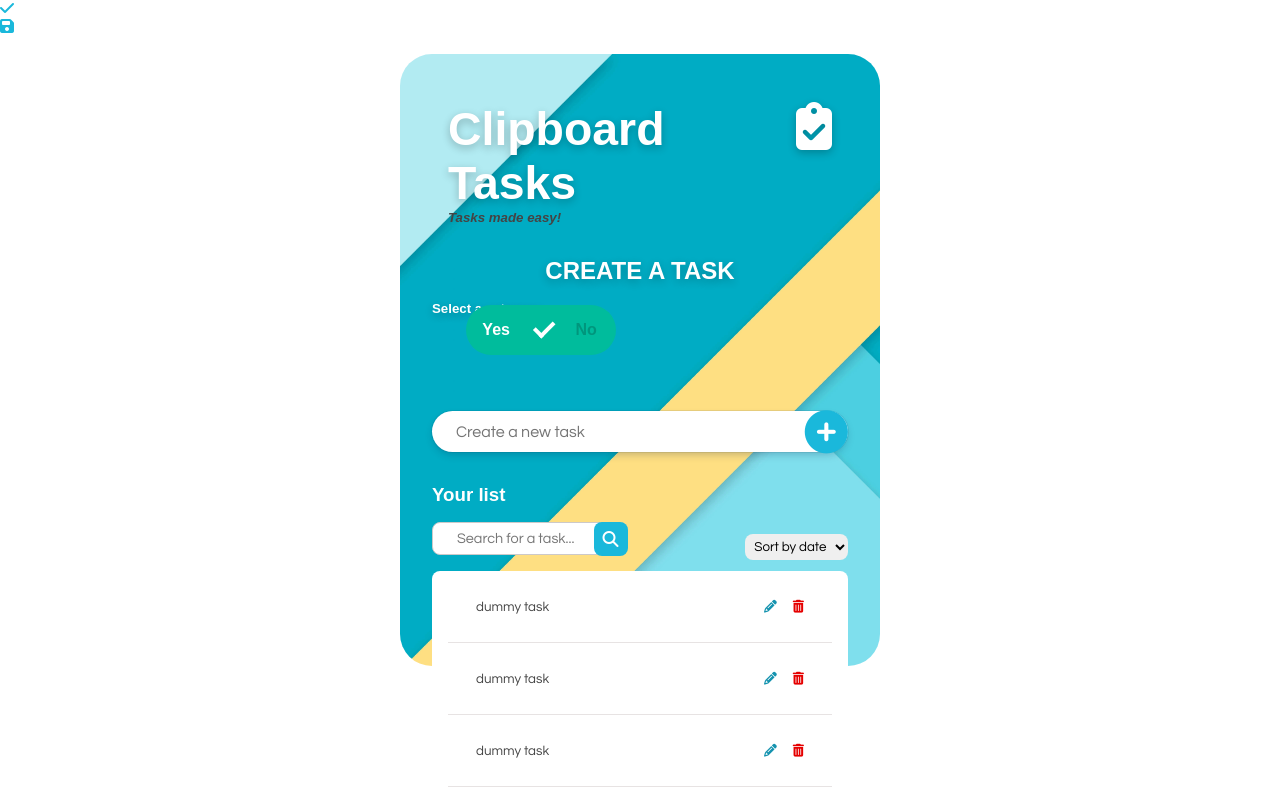
Repository: WesleyErasmus/Todo-App
Page: todoApp.html
These files come from the project's save history. The page is drawn as it stood at one moment and after the next save; the edit follows.
The browser window is 1280 px wide. The pictures show the whole page.
Some web fonts or font styles are not loaded; a fallback is used. Some web libraries are served in a nearby version.

Above is the page before, as saved 2022-06-12 17:00:35.

### todoApp.html
<!DOCTYPE html>
<html lang="en">
<head>
    <meta charset="UTF-8">
    <meta http-equiv="X-UA-Compatible" content="IE=edge">
    <meta name="viewport" content="width=device-width, initial-scale=1.0">
    <title>Todo App</title>
    <script src="https://kit.fontawesome.com/81ea498f91.js" crossorigin="anonymous"></script>
    <link rel="stylesheet" href="/source/css/todoApp.css">
    <script src="/source/script/todoApp.js" defer></script>
</head>
<body>
    <!-- App wrapper -->
    <main class="app-wrapper">
        <!-- App header -->
        <header>
            <div>
            <h1 class="slogan">Clipboard Tasks</h1>
            <h5 class="slogan-2"><em>Tasks made easy!</em></h5>
            </div>
            <div id="jumbotron-logo"><i class="fa-solid fa-clipboard-check fa-3x"></i></div>
        </header>

        <h2 id="create-task-heading">CREATE A TASK</h2>

        <!-- Categories section -->
        <section>
        <form id="todo-list-form">
           <div class="test">

            <h5 class="category-heading">Select a category</h5>

            <div class="toggle-radio">
                <input type="radio" name="rdo" id="yes" checked>
                <input type="radio" name="rdo" id="no">
                <div class="switch">
                  <label for="yes">Yes</label>
                  <label for="no">No</label>
                  <span></span>
                </div>
              </div>

            </div>
            <!-- <div class="category-selectors"> -->
                <!-- Personal category (make to assign as default, unless user selects work category) -->
                <!-- <label id="personal-label-btn">
                    <input type="radio" name="category" value="Personal" id="personal-category" />
                    <div>Personal</div>
                </label> -->
                <!-- Work category -->
                <!-- <label id="work-label-btn">
                    <input type="radio" name="category" value="Work" id="work-category" />
                    <div>Work</div>
                </label>
            </div> -->
            <!-- End of radio categories div -->
            <div class="create-submit">
            <input type="text" name="create-task" id="create-task" placeholder="Create a new task" />
            <button id="task-submit-btn" type="submit" value="create-new-task">
                <i class="fa-solid fa-circle-plus"></i>
            </button>
        </div>
        </form>
        </section>

        <!-- Task list is created here, new tasks are outputted below -->
        <section class="todo-list-output">
            <div id="list-header">
            <h3>Your list</h3>
            </div>
            <!-- SEARCH BAR -->
            <div id="search-filter-section">
                <form id="search-bar">
                <input type="text"
                id="search-bar"
                placeholder="Search for a task...">
                <button type="submit"><i class="fa fa-search"
                id="search-submit-btn"></i></button>
                </form>
                <!-- Classic filter dropdown -->
                <div>
                    <select name="filter" id="filter">
                    <option value="Date">Sort by date</option>
                    <option value="Name">Sort by title</option>
                    </select>
                    <!-- <i class="fa-solid fa-arrow-down-wide-short"></i> -->
                </div>

                </div>
            <!-- Actual task list output -->
            <div class="tasks" id="tasks">

                <div class="dummy-task">

                    <div class="task-name">
                        <input type="text"
                        class="text"
                        value="dummy task"
                        readonly>
                        <div class="edit-delete">
                            <button class="edit"><i class="fa-solid fa-pencil"></i></button>
                            <button class="delete"><i class="fa fa-trash" aria-hidden="true"></i></button>
                        </div>
                    </div>
                </div>

                <div class="dummy-task">

                    <div class="task-name">
                        <input type="text"
                        class="text"
                        value="dummy task"
                        readonly>
                        <div class="edit-delete">
                            <button class="edit"><i class="fa-solid fa-pencil"></i></button>
                            <button class="delete"><i class="fa fa-trash" aria-hidden="true"></i></button>
                        </div>
                    </div>
                </div>

                <div class="dummy-task">

                    <div class="task-name">
                        <input type="text"
                        class="text"
                        value="dummy task"
                        readonly>
                        <div class="edit-delete">
                            <button class="edit"><i class="fa-solid fa-pencil"></i></button>
                            <button class="delete"><i class="fa fa-trash" aria-hidden="true"></i></button>
                        </div>
                    </div>
                </div>

            </div>

        </section>

    </main> <!-- End of App wrapper -->
        <!-- Save icon and task complete icon -->
                <li><i class="fa-solid fa-check"></i></li>
                <li><i class="fa-solid fa-floppy-disk"></i></li>

</body>
</html>

### source/css/todoApp.css
@import url('https://fonts.googleapis.com/css2?family=Lexend+Tera:wght@100&family=Questrial&display=swap');


/* CSS Variables */
:root {
    --background-color: #fff;
    --primary: #1AB8DB;
    --secondary: #1593AF;
    --delete: #E50000;
    --grey: #ccc9c9;
    --dark-grey: #444444;

    --text-shadows: text-shadow: rgba(0, 0, 0, 0.24) 0px 3px 8px;
    --box-shadows: box-shadow: rgba(9, 30, 66, 0.25) 0px 4px 8px -2px, rgba(9, 30, 66, 0.08) 0px 0px 0px 1px;

    /* add linear gradients */
}

/* Universal selector styling */
* {
    box-sizing: border-box;
    margin: 0;
    padding: 0;
    font-family: 'Lexend Tera', sans-serif;
    list-style: none;
}

/* Below will remove input and checkbox default styling */
input:not([type="radio"]):not([type="checkbox"]), button {
	appearance: none;
	border: none;
	outline: none;
	background: none;
	cursor: initial;
}

/* *** UNIVERSAL BUTTON STYLING *** */
button {
	appearance: none;
	border: none;
	outline: none;
	background: none;
	cursor: initial;
    cursor: pointer;
}

body {
    background-color: var(--background-color);
    color: var(--primary);
}

main {
    padding-top: 2rem;
    background-color: var(--secondary);
    background-image: url(/images/bg-1.jpg);
    background-size: cover;
    background-position: center;
    background-repeat: no-repeat;
    border-radius: 2rem;
    padding-left: 2rem;
    padding-right: 2rem;
    flex: 1 1 0%;
    align-items: center;
    justify-content: center;
    max-width: 480px;
    height: 85vh;
    width: 100%;
    position: absolute;
    top: 50%;
    left: 50%;
    margin-right: -50%;
    transform: translate(-50%, -50%)
}

section {
    margin-top: 1rem;
    margin-bottom: 2rem;
}

header {
    display: flex;
    justify-content: space-between;
    padding: 1rem;
    border-radius: 1rem;
    /* add gradient color to font and logo */
}
.slogan {
    color: #fff;
    font-family: 'Lexend Tera', sans-serif;
    font-size: 2.9rem;
    text-shadow: rgba(0, 0, 0, 0.24) 0px 3px 8px;
    /* -webkit-background-clip: text;
    -webkit-text-fill-color: transparent; */
}
.slogan-2 {
    color: #444444;
}

#jumbotron-logo {
    color: #fff;
    text-shadow: rgba(0, 0, 0, 0.24) 0px 3px 8px;
}
/* create task H3 styling*/
#create-task-heading {
    color: var(--background-color);
    margin-top: 1rem;
    text-align: center;
    text-shadow: rgba(0, 0, 0, 0.24) 0px 3px 8px;
}
/* Select category h2 styling */
.category-heading {
    color: var(--background-color);
    text-align: center;
    margin-bottom: 0.75rem;
    text-shadow: rgba(0, 0, 0, 0.24) 0px 3px 8px;
}

/* Work / personal category selector styling */
.category-selectors {
    display: grid;
    grid-template-columns: repeat(2, 1fr);
    grid-gap: 1rem;
    margin-bottom: 1rem;
}

label {
    font-family: 'Karla', sans-serif;
    font-weight: 590;
}

.category-selectors label{
    display: flex;
    flex-direction: column;
    justify-content: center;
    align-items: center;
    background-color: var(--primary);
    padding: 1rem 2rem;
    border-radius: 999999px;
    color: #fff;
    box-shadow: var(--box-shadows);
}

/* change the below id to #work-category-btn */
#work-label-btn {
    font-family: 'Karla', sans-serif;
    background-color: var(--grey);
}

#create-task {
    margin-top: 75px;
    font-family: 'Questrial', sans-serif;
	display: block;
	width: 100%;
	font-size: 1rem;
	padding: 0.79rem 1.5rem;
    padding-right: 0rem;
	color: var(--dark-grey);
	background-color: var(--background-color);
    box-shadow: rgba(9, 30, 66, 0.25) 0px 4px 8px -2px, rgba(9, 30, 66, 0.08) 0px 0px 0px 1px;
    border-radius: 9999px;

}

/* change to task add btn */
#task-submit-btn{
    position: absolute;
    display: block;
    right: 0rem;
    bottom: -0.5px;
    border: none;
    background-color: transparent;
    color: var(--primary);
}

.fa-circle-plus {
    font-size: 2.7rem;
}

/* add gradient color to fa-logo */

.create-submit {
    position: relative;
    display: flex;
    justify-content: center;
    align-items: center;
    text-align: center;
    margin-top: 0.5rem;
}

.create-task {
    text-align: center;
}

#list-header {
width: 80%;
display: flex;
justify-content: space-between;
margin-bottom: 1rem;
color: #fff;
}

#search-filter-section {
    display: flex;
    margin: 0 auto;
    justify-content: space-between;
    margin-top: 1rem;
    text-align: center;
    align-items: center;
}

#search-bar {
    position: relative;
    display: flex;
    justify-content: center;
    align-items: center;
    width: 47%;
}

#search-bar input{
    font-family: 'Questrial', sans-serif;
	display: block;
	width: 100%;
	font-size: 0.9rem;
	padding: 0.50rem 1.5rem;
    padding-right: 0rem;
	color: var(--dark-grey);
	background-color: var(--background-color);
    border: 0.1px solid var(--grey);
    border-radius: 0.5rem;
    margin-bottom: 1rem;
}

#search-submit-btn {
    position: absolute;
    display: block;
    right: 0rem;
    top: 0;
    background-color: var(--primary);
    border-top-left-radius: 0.5rem;
    border-bottom-left-radius: 0.5rem;
    border-top-right-radius: 0.5rem;
    border-bottom-right-radius: 0.5rem;
    padding: 0.56rem;
    color: #fff;
}

/* Font-awesome search icon styling */
.fa-search {
    font-size: 1rem;
    color: var(--primary);
}

/* Filter styling */
.filter {
    font-family: 'Questrial', sans-serif;
    font-size: 1.1rem;
    font-weight: 500;
    color: var(--secondary);
    text-shadow: var(--text-shadows);
}

.fa-arrow-down-wide-short {
    color: var(--primary);
}

select {
    margin-left: 0.3rem;
    padding: 0.3rem;
    border: none;
    outline: 0;
    /* border: 1px var(--grey) solid; */
    border-radius: 0.5rem;
    font-family: 'Questrial', sans-serif;
    box-shadow: var(--box-shadows);
}
option {
    font-family: 'Questrial', sans-serif;
}

#tasks {
    border-radius: 0.5rem;
    background-color: #fff;
}

#tasks .task-name {
    display: flex;
    justify-content: space-between;
    background-color: var(--background-color);
    padding: 1.75rem;
    background-color: #fff;
    margin-bottom: 0rem;
    margin: 0 1rem;
    border-bottom: 0.01px solid rgba(229, 225, 225, 0.919);
}

.dummy-task .task-name {
    flex: 1 1 0%;
}

.dummy-task .task-name .text {
    color: var(--dark-grey);
    font-family: 'Questrial', sans-serif;
    width: 100%;
    display: block;
    transition: 0.4s;
}

.dummy-task .edit-delete {
    display: flex;
    margin: 0 -0.5rem;

}

/* Edit button styling */

.fa-pencil {
    color: var(--secondary);
}

.fa-trash {
    color: var(--delete);
}

.dummy-task .edit-delete button {
    cursor: pointer;
    margin: 0 0.5rem;
    font-size: 0.8rem;
    font-weight: 700;
    text-transform: uppercase;
    transition: 0.4s;
}



/* CATEGORY TOGGLE */

.test {
    display: flex;
}

.toggle-radio {
    top: 20px;
    position: relative;
}

.switch {
    position: absolute;
    top: 50%;
    left: 50%;
    width: 150px;
    height: 50px;
    text-align: center;
    margin: -30px 0 0 -75px;
    background: #00bc9c;
    transition: all 0.2s ease;
    border-radius: 25px;
  }
  .switch span {
    position: absolute;
    width: 20px;
    height: 4px;
    top: 50%;
    left: 50%;
    margin: -2px 0px 0px -4px;
    background: #fff;
    display: block;
    transform: rotate(-45deg);
    transition: all 0.2s ease;
  }
  .switch span:after {
    content: "";
    display: block;
    position: absolute;
    width: 4px;
    height: 12px;
    margin-top: -8px;
    background: #fff;
    transition: all 0.2s ease;
  }
  input[type=radio] {
    display: none;
  }
  .switch label {
    cursor: pointer;
    color: rgba(0,0,0,0.2);
    width: 60px;
    line-height: 50px;
    transition: all 0.2s ease;
  }
  label[for=yes] {
    position: absolute;
    left: 0px;
    height: 20px;
  }
  label[for=no] {
    position: absolute;
    right: 0px;
  }
  #no:checked ~ .switch {
    background: #eb4f37;
  }
  #no:checked ~ .switch span {
    background: #fff;
    margin-left: -8px;
  }
  #no:checked ~ .switch span:after {
    background: #fff;
    height: 20px;
    margin-top: -8px;
    margin-left: 8px;
  }
  #yes:checked ~ .switch label[for=yes] {
    color: #fff;
  }
  #no:checked ~ .switch label[for=no] {
    color: #fff;
  }

### source/script/todoApp.js
// *** FILTER BTN SCRIPT ***

/* When the user clicks on the button,
toggle between hiding and showing the dropdown content */
// function myFunction() {
//     document.getElementById("myDropdown").classList.toggle("show");
//   }

//   // Close the dropdown if the user clicks outside of it
//   window.onclick = function(event) {
//     if (!event.target.matches('.dropbtn')) {
//       var dropdowns = document.getElementsByClassName("dropdown-content");
//       var i;
//       for (i = 0; i < dropdowns.length; i++) {
//         var openDropdown = dropdowns[i];
//         if (openDropdown.classList.contains('show')) {
//           openDropdown.classList.remove('show');
//         }
//       }
//     }
//   }
//   *** END OF FILTER BUTTON ***

After the next save:
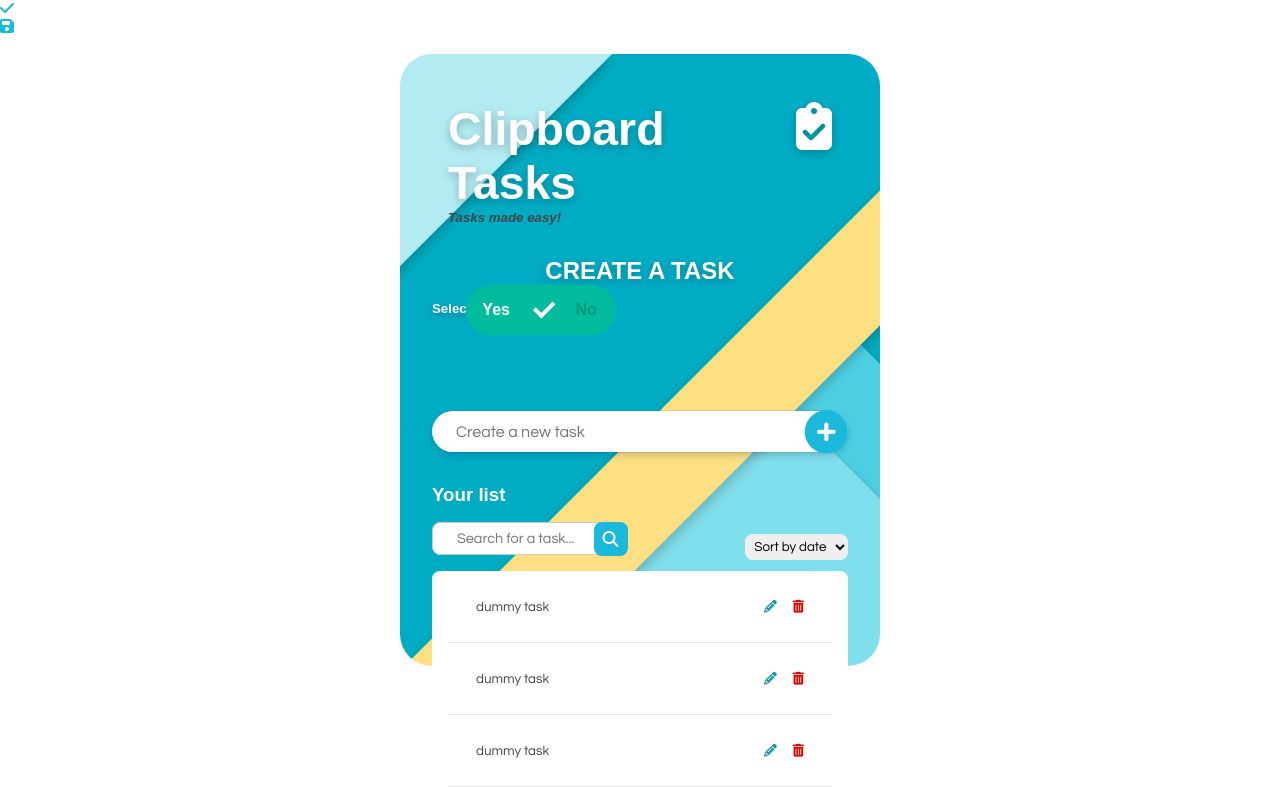
Saved 11 s later.
--- a/source/css/todoApp.css
+++ b/source/css/todoApp.css
@@ -339,7 +339,7 @@ option {
 }
 
 .toggle-radio {
-    top: 20px;
+    /* top: 20px; */
     position: relative;
 }
 
